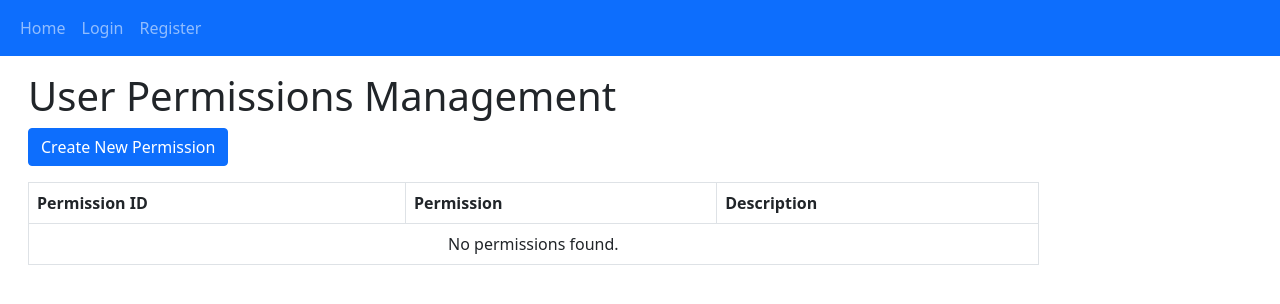
Repository: Matsikembareb/myPowervision
Page: http://localhost/permissions
These files come from the project's save history. The page is drawn as it stood at one moment and after the next save; the edit follows.
The browser window is 1280 px wide. The pictures show the whole page.
The page is served by the project's application, run on Flask 3 (01prototype/myPowervision/__init__.py). Queries for data that is not in the repository find no rows.

Above is the page before, as saved 2025-09-26 19:19:13.

After the next save:
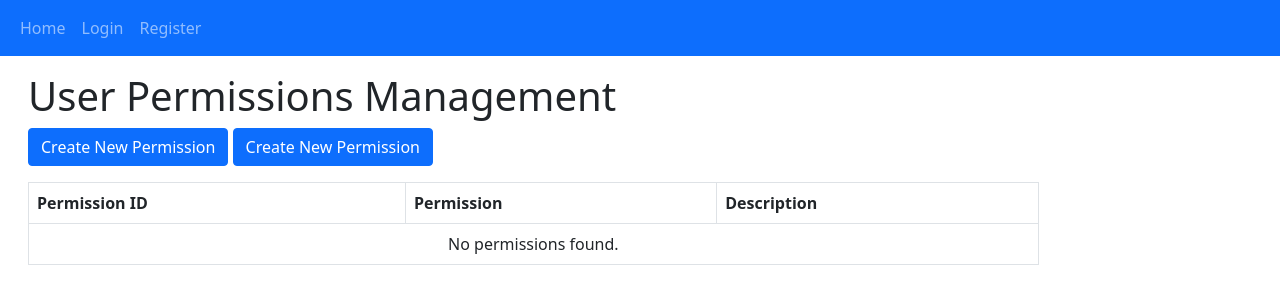
Saved 2 min 11 s later.
--- a/01prototype/myPowervision/templates/user_management/permissions.html
+++ b/01prototype/myPowervision/templates/user_management/permissions.html
@@ -2,6 +2,7 @@
 {% block content %}
 <h1>User Permissions Management</h1>
 <div class="mb-3">
+    <a href="{{ url_for('create_permission') }}" class="btn btn-primary">Create New Permission</a>
     <a href="{{ url_for('create_permission') }}" class="btn btn-primary">Create New Permission</a>
 </div>
 <table class="table table-bordered">
